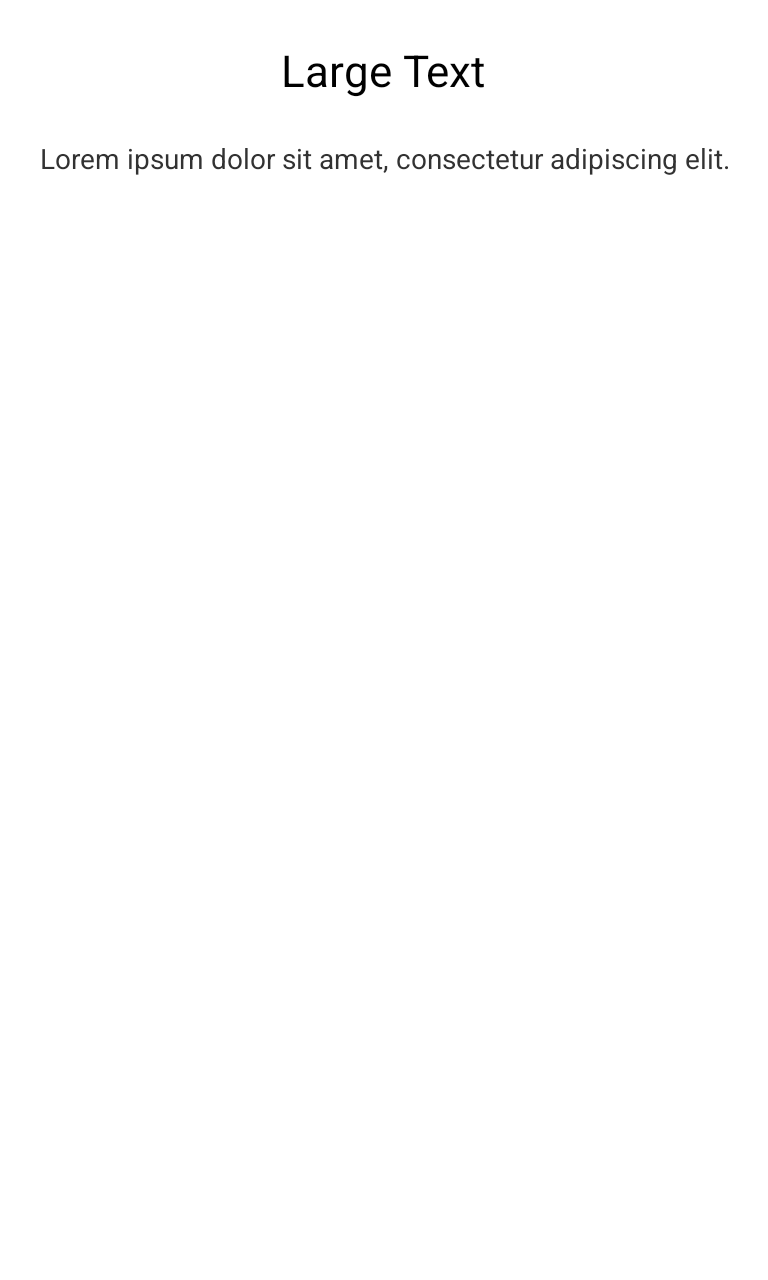
Repository: SimonIsMe/workspace_android
Layout: Lista5/res/layout/activity_person.xml
These files come from the project's save history. The layout is drawn as it stood at one moment and after the next save; the edit follows.
It is drawn on a 768 x 1280 px phone screen (xhdpi) without system bars, with theme AppTheme; the app's code is not run.

Above is the layout before, as saved 2012-12-11 15:30:31.

After the next save:
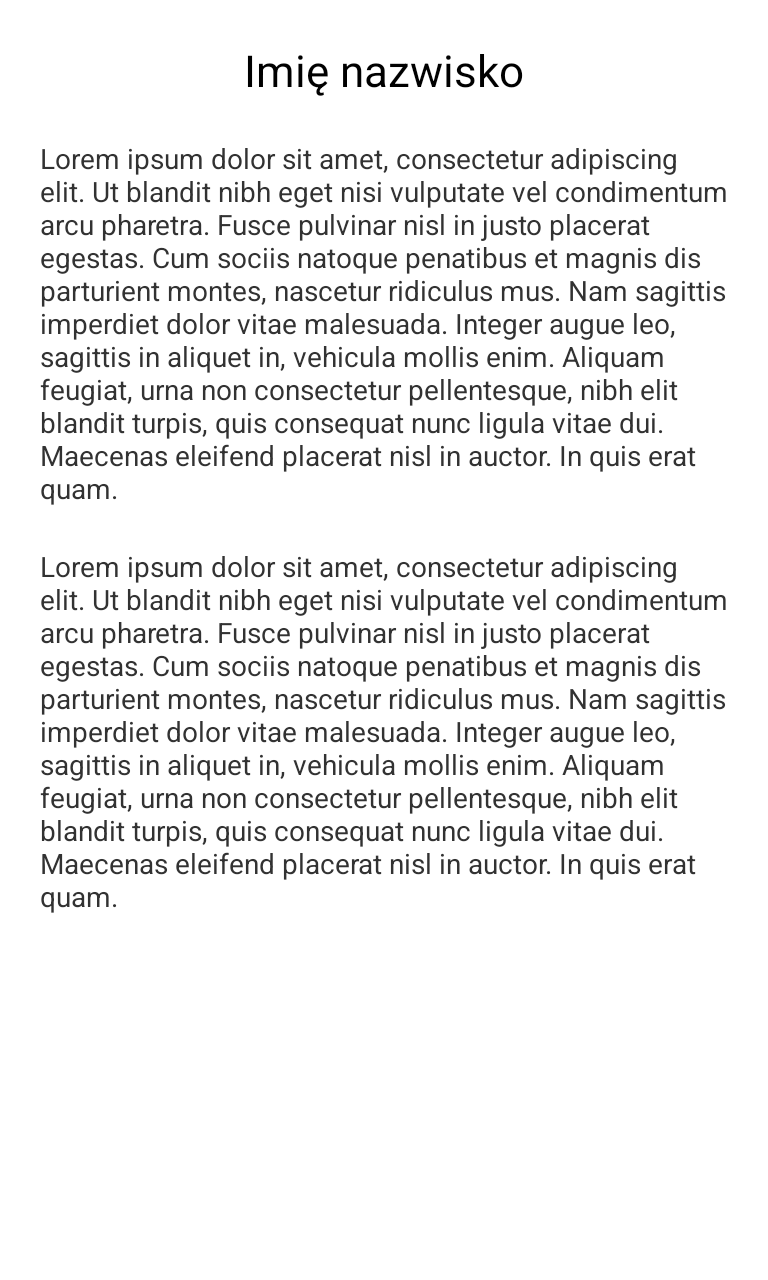
Saved 89 s later.
--- a/Lista5/res/layout/activity_person.xml
+++ b/Lista5/res/layout/activity_person.xml
@@ -22,7 +22,7 @@
                 android:layout_width="fill_parent"
                 android:layout_height="wrap_content"
                 android:layout_gravity="center"
-                android:text="Large Text"
+                android:text="Imię nazwisko"
                 android:textAppearance="?android:attr/textAppearanceLarge" />
 
         </TableRow>
@@ -35,7 +35,7 @@
 
             <TextView
                 android:id="@+id/textView2"
-                android:layout_width="fill_parent"
+                android:layout_width="wrap_content"
                 android:layout_height="wrap_content"
                 android:text="Lorem ipsum dolor sit amet, consectetur adipiscing elit. Ut blandit nibh eget nisi vulputate vel condimentum arcu pharetra. Fusce pulvinar nisl in justo placerat egestas. Cum sociis natoque penatibus et magnis dis parturient montes, nascetur ridiculus mus. Nam sagittis imperdiet dolor vitae malesuada. Integer augue leo, sagittis in aliquet in, vehicula mollis enim. Aliquam feugiat, urna non consectetur pellentesque, nibh elit blandit turpis, quis consequat nunc ligula vitae dui. Maecenas eleifend placerat nisl in auctor. In quis erat quam."
                 android:textAppearance="?android:attr/textAppearanceSmall" />
@@ -46,6 +46,14 @@
             android:id="@+id/tableRow3"
             android:layout_width="fill_parent"
             android:layout_height="wrap_content" >
+
+            <TextView
+                android:id="@+id/TextView01"
+                android:layout_width="wrap_content"
+                android:layout_height="wrap_content"
+                android:text="Lorem ipsum dolor sit amet, consectetur adipiscing elit. Ut blandit nibh eget nisi vulputate vel condimentum arcu pharetra. Fusce pulvinar nisl in justo placerat egestas. Cum sociis natoque penatibus et magnis dis parturient montes, nascetur ridiculus mus. Nam sagittis imperdiet dolor vitae malesuada. Integer augue leo, sagittis in aliquet in, vehicula mollis enim. Aliquam feugiat, urna non consectetur pellentesque, nibh elit blandit turpis, quis consequat nunc ligula vitae dui. Maecenas eleifend placerat nisl in auctor. In quis erat quam."
+                android:textAppearance="?android:attr/textAppearanceSmall" />
+
         </TableRow>
 
         <TableRow
